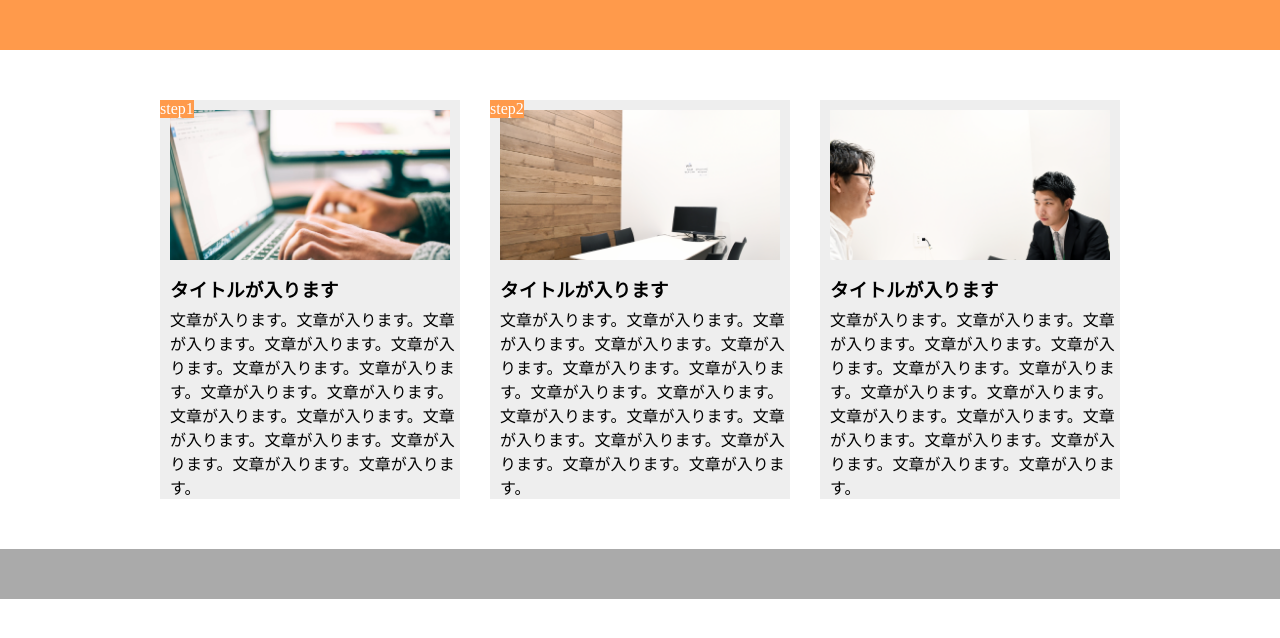
Repository: obm48er/all
Page: ennsyuu/演習問題９/index.html
The author's editor kept a record of every edit. The page is drawn from the files as they stood at one moment, then again after the next edit.
The browser window is 1280 px wide. The pictures show the whole page.

Above is the page before.

### ennsyuu/演習問題９/index.html
<!DOCTYPE html>
<html lang="ja">
  <head>
    <meta charset="UTF-8" />


    <link rel="stylesheet" href="style.css" />
    <title>CARAVAN</title>
  </head>
  <body>
    <header>

    </header>
    <main>
      <div class="box1">
        <span class="step">step1</span>
        <div class="box-image box-image1"></div>
        <h3 class="text-title">タイトルが入ります</h3>
        <p class="text">文章が入ります。文章が入ります。文章が入ります。文章が入ります。文章が入ります。文章が入ります。文章が入ります。文章が入ります。文章が入ります。文章が入ります。文章が入ります。文章が入ります。文章が入ります。文章が入ります。文章が入ります。文章が入ります。</p>
      </div>
      <div class="box1">
        <span class="step">step2</span>
        <div class="box-image box-image2"></div>
        <h3 class="text-title">タイトルが入ります</h3>
        <p class="text">文章が入ります。文章が入ります。文章が入ります。文章が入ります。文章が入ります。文章が入ります。文章が入ります。文章が入ります。文章が入ります。文章が入ります。文章が入ります。文章が入ります。文章が入ります。文章が入ります。文章が入ります。文章が入ります。</p>
      </div>
      <div class="box1">
        <div class="box-image box-image3"></div>
        <h3 class="text-title">タイトルが入ります</h3>
        <p class="text">文章が入ります。文章が入ります。文章が入ります。文章が入ります。文章が入ります。文章が入ります。文章が入ります。文章が入ります。文章が入ります。文章が入ります。文章が入ります。文章が入ります。文章が入ります。文章が入ります。文章が入ります。文章が入ります。</p>
      </div>
    </main>

  </body>
  <footer>

  </footer>

### ennsyuu/演習問題９/style.css
* {
  margin: 0;
  padding: 0;
  box-sizing: border-box;
}

header{
  height: 50px;
  background-color: #FF9A4B;
}
main{
  width: 960px;
  display:flex;
  justify-content:center;
  margin: 0 auto;
}
.step{
  position: absolute;
  top: 0;
  left: 0;
  background-color: #ff9a4b;
  color: #fff;
}
.box1{
  width: 300px;
  margin: 50px 0 ;
  background-color: #EEEEEE;
  margin-right: 30px;
  position: relative;
}
.box1:last-child{
  margin-right: 0;
}
.box-image{
  background-size: cover;
  height: 150px;
  margin:10px 10px 0 10px;
}
.box-image1{
  background-image: url(img/flow01.png)
}
.box-image2{
  background-image: url(img/flow02.png)
}
.box-image3{
  background-image: url(img/flow03.png)
}

.text-title{
  padding: 15px 0 5px 10px;
}
.text{
  margin-left: 10px;
}



footer{
  height: 50px;
  background-color: #AAAAAA;
}


@media screen and (max-width:768px) {

  main{
    width: 100%;
    margin: 50px 0;
    display:block;
  }

  .box1{
  width: 90%;
  margin:auto;
  background-color: #EEEEEE;
  margin-bottom:20px;
  position: relative;
  }
  .box1:last-child{
  margin-bottom: 0;
  margin: auto;
  }
}

After the next edit:
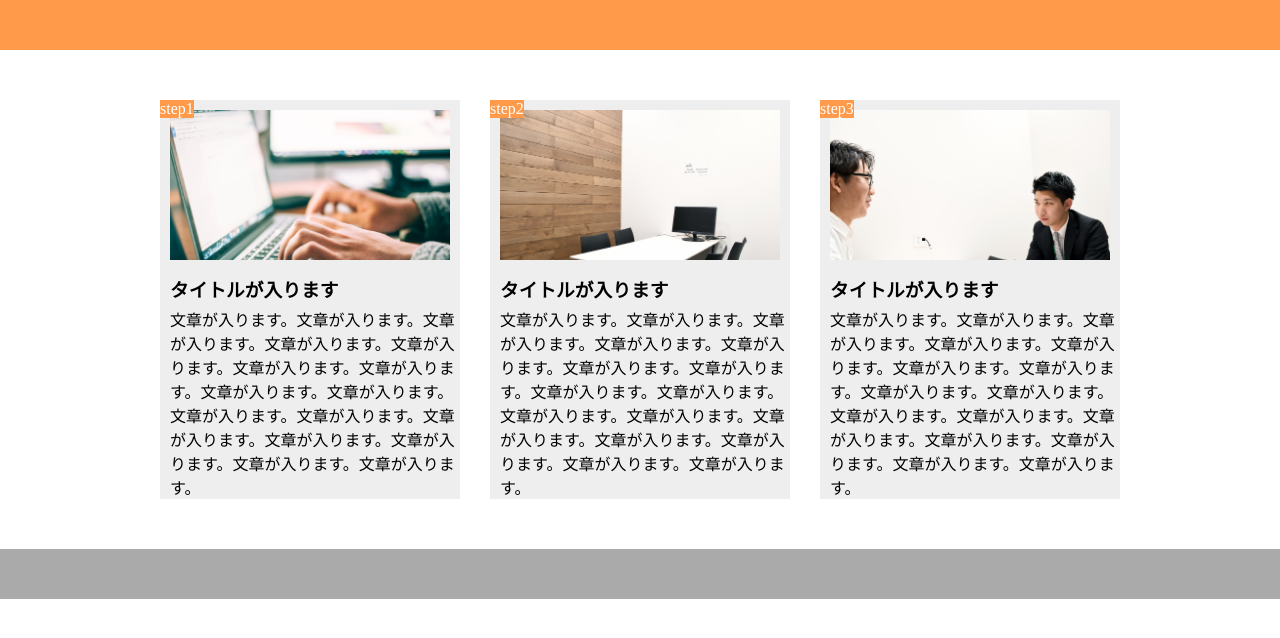
The edit:
--- a/ennsyuu/演習問題９/index.html
+++ b/ennsyuu/演習問題９/index.html
@@ -26,6 +26,7 @@
       </div>
       <div class="box1">
         <div class="box-image box-image3"></div>
+        <span class="step">step3</span>
         <h3 class="text-title">タイトルが入ります</h3>
         <p class="text">文章が入ります。文章が入ります。文章が入ります。文章が入ります。文章が入ります。文章が入ります。文章が入ります。文章が入ります。文章が入ります。文章が入ります。文章が入ります。文章が入ります。文章が入ります。文章が入ります。文章が入ります。文章が入ります。</p>
       </div>
